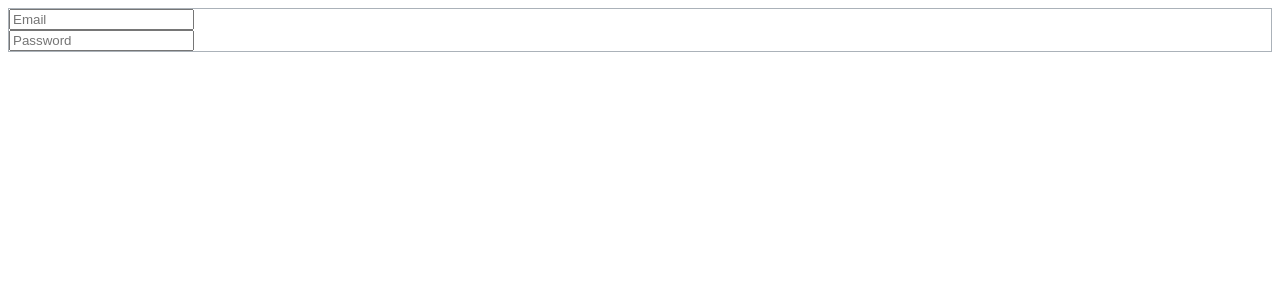
Repository: miguelamello/apm
Page: dashboard/components/login/login.html
An editor plug-in stored every save of this project. The page is shown before and after a run of saves, followed by the edit.
The browser window is 1280 px wide. The pictures show the whole page.

Above is the page before, as saved 2023-04-20 15:55:26.

### dashboard/components/login/login.html

<div id="login" class="content u-flex u-flex-column u-justify-center u-items-center" style="height:100%;">
  <div class="bg-gray-300 p-2 u-shadow-md u-round-md" style="border: 1px solid #ABB2B9;">
    <div class="input-control">
      <input type="email" class="w-100p" placeholder="Email" />
    </div>
    <div class="input-control">
        <input type="password" class="w-100p" placeholder="Password" />
    </div>
  </div>
</div>

After the next 2 saves:
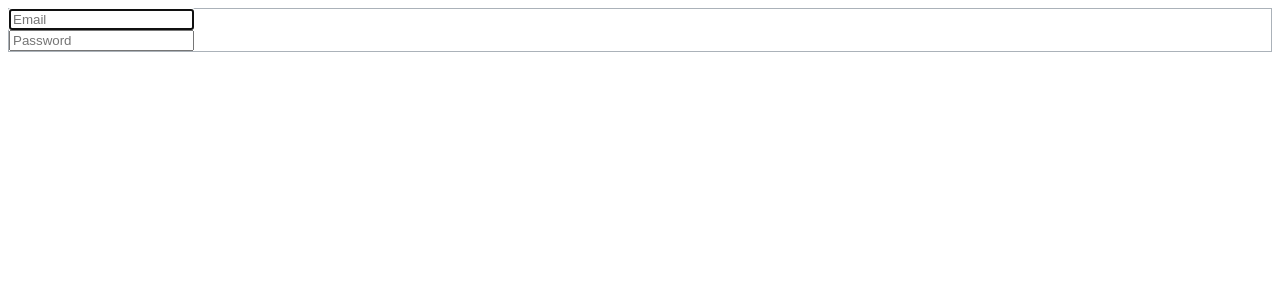
The 2 saves are shown as one change because they came seconds apart.
The last was saved 55 s later.
--- a/dashboard/components/login/login.html
+++ b/dashboard/components/login/login.html
@@ -2,7 +2,7 @@
 <div id="login" class="content u-flex u-flex-column u-justify-center u-items-center" style="height:100%;">
   <div class="bg-gray-300 p-2 u-shadow-md u-round-md" style="border: 1px solid #ABB2B9;">
     <div class="input-control">
-      <input type="email" class="w-100p" placeholder="Email" />
+      <input type="email" class="w-100p" placeholder="Email" autofocus />
     </div>
     <div class="input-control">
         <input type="password" class="w-100p" placeholder="Password" />
